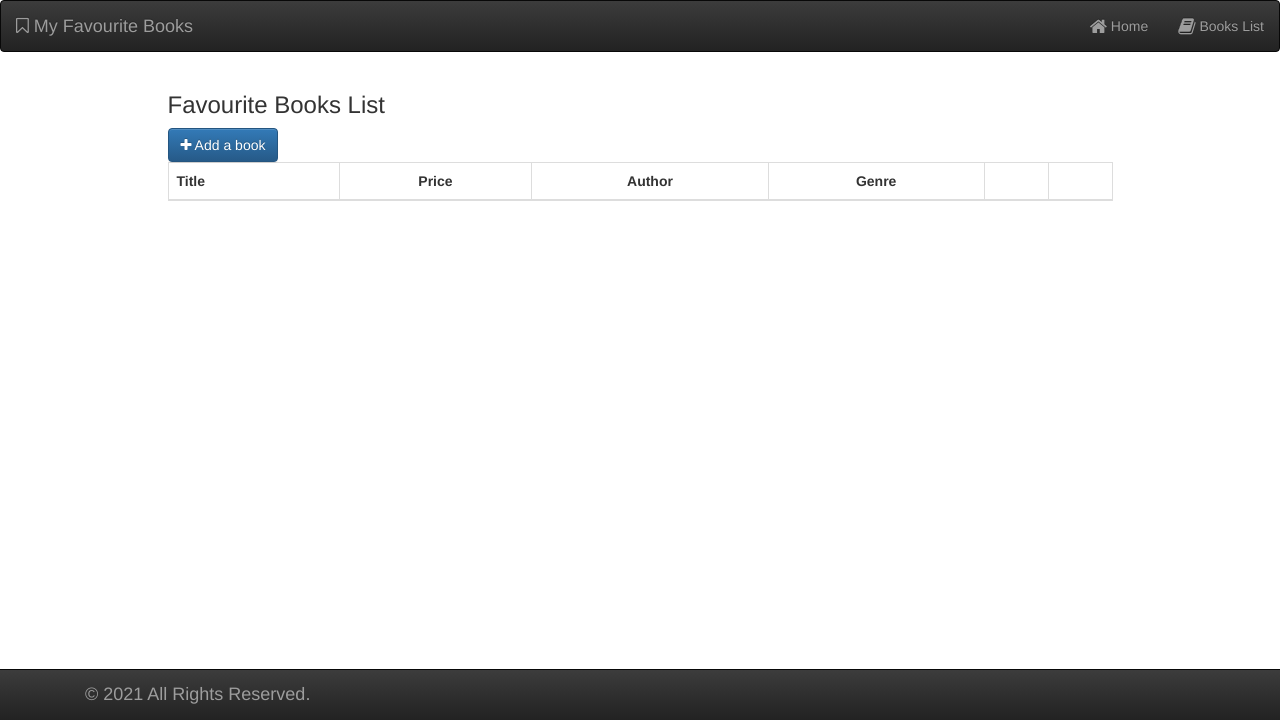
Repository: MateoD-0700/MyFirstRepo
Page: http://localhost/books
The author's editor kept a copy of each file at every save. The page is drawn from the files as they stood at one save, then again after the next save.
The browser window is 1280 px wide. The pictures show the whole page.
The page is served by the project's Node server (server.js). Other server files are loaded and not shown. Queries for data that is not in the repository find no rows.

Above is the page before, as saved 2021-06-23 23:58:07.

### Desktop/Semester 3/Web Application Development/COMP229-F2020-Midterm--301156025--main/server/views/books/index.ejs
<%- include('../partials/header.ejs'); %>

    <!-- MAIN CONTENT -->
    <div class="container">
      <div class="row">
        <div class="col-md-offset-1 col-md-10">
          <h3>Favourite Books List </h3>
          <!-- ------------------------ -->
          <!-- FIX THE ADD BUTTON BELOW -->
          <!-- ------------------------ -->
          <a href="books/add" class="btn btn-primary"><i class="fa fa-plus"></i> Add a book</a>

          <br>
          <div class="table-responsive">
            <table class="table table-bordered table-striped table-hover">
              <thead>
                <tr>
                  <th>Title</th>
                  <th class="text-center">Price</th>
                  <th class="text-center">Author</th>
                  <th class="text-center">Genre</th>
                  <th class="text-center"></th>
                  <th class="text-center"></th>
                </tr>
                </thead>
                <tbody>
                <!-- Template Row -->
                <% for (let count = 0; count < books.length; count++) { %>
                <tr>
                  <td><%= books[count].Title %></td>
                  <td class="text-center"><%= books[count].Description %></td>
                  <td class="text-center">$<%= books[count].Price %></td>
                  <td class="text-center"><%= books[count].Author %></td>
                  <td class="text-center"><%= books[count].Genre %></td>

                  <td class="text-center">


                    <!-- ------------------------ -->
                    <a href="books/<%= books[count]._id %>" class="btn btn-primary btn-sm">
                          <i class="fas fa-edit"></i> Edit</a>
                    <!-- ------------------------ -->


                  </td>

                  <td class="text-center">
                    <!-- ------------------------ -->
                    <a href="books/delete/<%= books[count]._id %>" class="btn btn-danger btn-sm delete">
                          <i class="fas fa-edit"></i> Delete</a>
                    <!-- ------------------------ -->
                  </td>

                </tr>
                <% } %>
              </tbody>
            </table>
          </div>
           <div class="col-md-offset-1 col-md-10 text-center">
            <ul class="pagination pagination-lg pager" id="myPager"></ul>
          </div>
        </div>
      </div>
    </div>

<%- include('../partials/footer.ejs'); %>

### Desktop/Semester 3/Web Application Development/COMP229-F2020-Midterm--301156025--main/server/views/partials/header.ejs
<!DOCTYPE html>
<html lang="en">
  <head>
    <meta charset="utf-8">
    <meta name="viewport" content="width=device-width, initial-scale=1">
    <title><%= title %></title>
    <!-- CSS SECTION -->
    <link rel="stylesheet" href="/Scripts/lib/bootstrap/dist/css/bootstrap.min.css">
    <link rel="stylesheet" href="/Scripts/lib/bootstrap/dist/css/bootstrap-theme.min.css">
    <link rel="stylesheet" href="/Scripts/lib/font-awesome/css/font-awesome.min.css">
    <link rel='stylesheet' href='/Content/app.css' />
  </head>
  <body>

  <nav class="navbar navbar-inverse" role="navigation">
    <!-- Brand and toggle get grouped for better mobile display -->
    <div class="navbar-header">
      <button type="button" class="navbar-toggle" data-toggle="collapse" data-target=".navbar-ex1-collapse">
        <span class="sr-only">Toggle navigation</span>
        <span class="icon-bar"></span>
        <span class="icon-bar"></span>
        <span class="icon-bar"></span>
      </button>
      <a class="navbar-brand" href="/"><i class="fa fa-bookmark-o"></i> My Favourite Books</a>
    </div>

    <!-- Collect the nav links, forms, and other content for toggling -->
    <div class="collapse navbar-collapse navbar-ex1-collapse">
      <ul class="nav navbar-nav navbar-right">
        <% if(title == "Home") { %>
          <li class="active"><a href="/"><i class="fa fa-home fa-lg"></i> Home</a></li>
        <% } else { %>
          <li><a href="/"><i class="fa fa-home fa-lg"></i> Home</a></li>
        <% } %>

          <% if(title == "books") { %>
          <li class="active"><a href="/books"><i class="fa fa-book fa-lg">
          </i> Books List</a></li>
          <% } else { %>
            <li><a href="/books"><i class="fa fa-book fa-lg">
            </i> Books List</a></li>
          <% } %>

      </ul>
    </div><!-- /.navbar-collapse -->
  </nav>

### Desktop/Semester 3/Web Application Development/COMP229-F2020-Midterm--301156025--main/server/views/partials/footer.ejs

<nav class="navbar navbar-inverse navbar-fixed-bottom">
  <div class="container">
    <h4  class="navbar-text">&copy; 2021 All Rights Reserved.</h4>
  </div>
</nav>



<!-- JAVASCRIPT SECTION -->
    <script src="/Scripts/lib/jquery/dist/jquery.min.js"></script>
    <script src="/Scripts/lib/bootstrap/dist/js/bootstrap.min.js"></script>
    <script src="/Scripts/app.js"></script>
  </body>
</html>

### Desktop/Semester 3/Web Application Development/COMP229-F2020-Midterm--301156025--main/server.js
let app = require('./server/config/app');
let debug = require('debug')('comp308-w2019-midterm:server');
let http = require('http');

/**
 * Get port from environment and store in Express.
 */

let port = normalizePort(process.env.PORT || '3000');
app.set('port', port);

/**
 * Create HTTP server.
 */

let server = http.createServer(app);

/**
 * Listen on provided port, on all network interfaces.
 */

server.listen(port);
server.on('error', onError);
server.on('listening', onListening);

/**
 * Normalize a port into a number, string, or false.
 */

function normalizePort(val) {
  let port = parseInt(val, 10);

  if (isNaN(port)) {
    // named pipe
    return val;
  }

  if (port >= 0) {
    // port number
    return port;
  }

  return false;
}

/**
 * Event listener for HTTP server "error" event.
 */

function onError(error) {
  if (error.syscall !== 'listen') {
    throw error;
  }

  let bind = typeof port === 'string'
    ? 'Pipe ' + port
    : 'Port ' + port;

  // handle specific listen errors with friendly messages
  switch (error.code) {
    case 'EACCES':
      console.error(bind + ' requires elevated privileges');
      process.exit(1);
      break;
    case 'EADDRINUSE':
      console.error(bind + ' is already in use');
      process.exit(1);
      break;
    default:
      throw error;
  }
}

/**
 * Event listener for HTTP server "listening" event.
 */

function onListening() {
  let addr = server.address();
  let bind = typeof addr === 'string'
    ? 'pipe ' + addr
    : 'port ' + addr.port;
  debug('Listening on ' + bind);
}

### Desktop/Semester 3/Web Application Development/COMP229-F2020-Midterm--301156025--main/server/routes/books.js
// modules required for routing
let express = require('express');
let router = express.Router();
let mongoose = require('mongoose');

// define the book model
let book = require('../models/books');

/* GET books List page. READ */
router.get('/', (req, res, next) => {
  // find all books in the books collection
  book.find( (err, books) => {
    if (err) {
      return console.error(err);
    }
    else {
      res.render('books/index', {
        title: 'Books',
        books: books
      });
    }
  });

});

//  GET the Book Details page in order to add a new Book
router.get('/add', (req, res, next) => {

    /*****************
     * ADD CODE HERE *
     *****************/

     res.render('books/details', {title: "Add" , books: book });

});

// POST process the Book Details page and create a new Book - CREATE
router.post('/add', (req, res, next) => {

    /*****************
     * ADD CODE HERE *
     *****************/
   let books = book({
     "Title":req.body.title,
     "Description":"",
     "Price": req.body.price,
     "Author":req.body.author,
     "Genre":req.body.genre
   });

   book.create(books,(err,book) => {
     if(err){
       console.log(err);
       res.end(err);
     }
     res.redirect('/books')
   });

});

// GET the Book Details page in order to edit an existing Book
router.get('/:id', (req, res, next) => {

    /*****************
     * ADD CODE HERE *
     *****************/
    book.findById(req.params.id,(err,book) => {
      if (err){
        return console.error(err);
      } else{
        res.render('books/details',{ title:'Edit', books: book});
      }
    });


});

// POST - process the information passed from the details form and update the document
router.post('/:id', (req, res, next) => {

    /*****************
     * ADD CODE HERE *
     *****************/

    let id = req.params.id;

    let updatedBook = {
      "Title": req.body.title,
      "Description": req.body.description,
      "Price": req.body.price,
      "Author": req.body.author,
      "Genre": req.body.genre
    }

    book.updateOne({_id:id},updatedBook,(err) =>{
      if(err){
        console.log(err);
        res.end(err);
      } else{
        res.redirect('/books');
      }
    });


});

// GET - process the delete by user id
router.get('/delete/:id', (req, res, next) => {

    /*****************
     * ADD CODE HERE *
     *****************/
     let id = req.params.id;
     book.remove({_id:id} ,(err) =>{
       if(err){
         console.log(err);
         res.end(err);
       } else{
         res.redirect('/books');
       }
     });

});


module.exports = router;

### Desktop/Semester 3/Web Application Development/COMP229-F2020-Midterm--301156025--main/client/Scripts/app.js
/* custom JS goes here */

/* pagination code from http://www.bootply.com/lxa0FF9yhw */
$.fn.pageMe = function(opts){
    var $this = this,
        defaults = {
            perPage: 7,
            showPrevNext: false,
            hidePageNumbers: false
        },
        settings = $.extend(defaults, opts);

    var listElement = $this;
    var perPage = settings.perPage;
    var children = listElement.children();
    var pager = $('.pager');

    if (typeof settings.childSelector!="undefined") {
        children = listElement.find(settings.childSelector);
    }

    if (typeof settings.pagerSelector!="undefined") {
        pager = $(settings.pagerSelector);
    }

    var numItems = children.size();
    var numPages = Math.ceil(numItems/perPage);

    pager.data("curr",0);

    if (settings.showPrevNext){
        $('<li><a href="#" class="prev_link">«</a></li>').appendTo(pager);
    }

    var curr = 0;
    while(numPages > curr && (settings.hidePageNumbers==false)){
        $('<li><a href="#" class="page_link">'+(curr+1)+'</a></li>').appendTo(pager);
        curr++;
    }

    if (settings.showPrevNext){
        $('<li><a href="#" class="next_link">»</a></li>').appendTo(pager);
    }

    pager.find('.page_link:first').addClass('active');
    pager.find('.prev_link').hide();
    if (numPages<=1) {
        pager.find('.next_link').hide();
    }
  	pager.children().eq(1).addClass("active");

    children.hide();
    children.slice(0, perPage).show();

    pager.find('li .page_link').click(function(){
        var clickedPage = $(this).html().valueOf()-1;
        goTo(clickedPage,perPage);
        return false;
    });
    pager.find('li .prev_link').click(function(){
        previous();
        return false;
    });
    pager.find('li .next_link').click(function(){
        next();
        return false;
    });

    function previous(){
        var goToPage = parseInt(pager.data("curr")) - 1;
        goTo(goToPage);
    }

    function next(){
        goToPage = parseInt(pager.data("curr")) + 1;
        goTo(goToPage);
    }

    function goTo(page){
        var startAt = page * perPage,
            endOn = startAt + perPage;

        children.css('display','none').slice(startAt, endOn).show();

        if (page>=1) {
            pager.find('.prev_link').show();
        }
        else {
            pager.find('.prev_link').hide();
        }

        if (page<(numPages-1)) {
            pager.find('.next_link').show();
        }
        else {
            pager.find('.next_link').hide();
        }

        pager.data("curr",page);
      	pager.children().removeClass("active");
        pager.children().eq(page+1).addClass("active");

    }
};

// IIFE
(function(){
  $(".btn-danger").click(function(event){
    if(!confirm("Are you sure?")) {
      event.preventDefault();
      window.location.assign("/games");
    }
  });

 /* pagination code */
  $('#myTable').pageMe(
    {pagerSelector:'#myPager',showPrevNext:true,hidePageNumbers:false,perPage:6}
    );
})();

Loaded but not shown: Desktop/Semester 3/Web Application Development/COMP229-F2020-Midterm--301156025--main/client/Scripts/lib/bootstrap/dist/css/bootstrap.min.css (library); Desktop/Semester 3/Web Application Development/COMP229-F2020-Midterm--301156025--main/client/Scripts/lib/bootstrap/dist/css/bootstrap-theme.min.css (library); Desktop/Semester 3/Web Application Development/COMP229-F2020-Midterm--301156025--main/client/Scripts/lib/font-awesome/css/font-awesome.min.css (library); Desktop/Semester 3/Web Application Development/COMP229-F2020-Midterm--301156025--main/client/Content/app.css (common file); Desktop/Semester 3/Web Application Development/COMP229-F2020-Midterm--301156025--main/client/Scripts/lib/jquery/dist/jquery.min.js (library); Desktop/Semester 3/Web Application Development/COMP229-F2020-Midterm--301156025--main/client/Scripts/lib/bootstrap/dist/js/bootstrap.min.js (library)

After the next save:
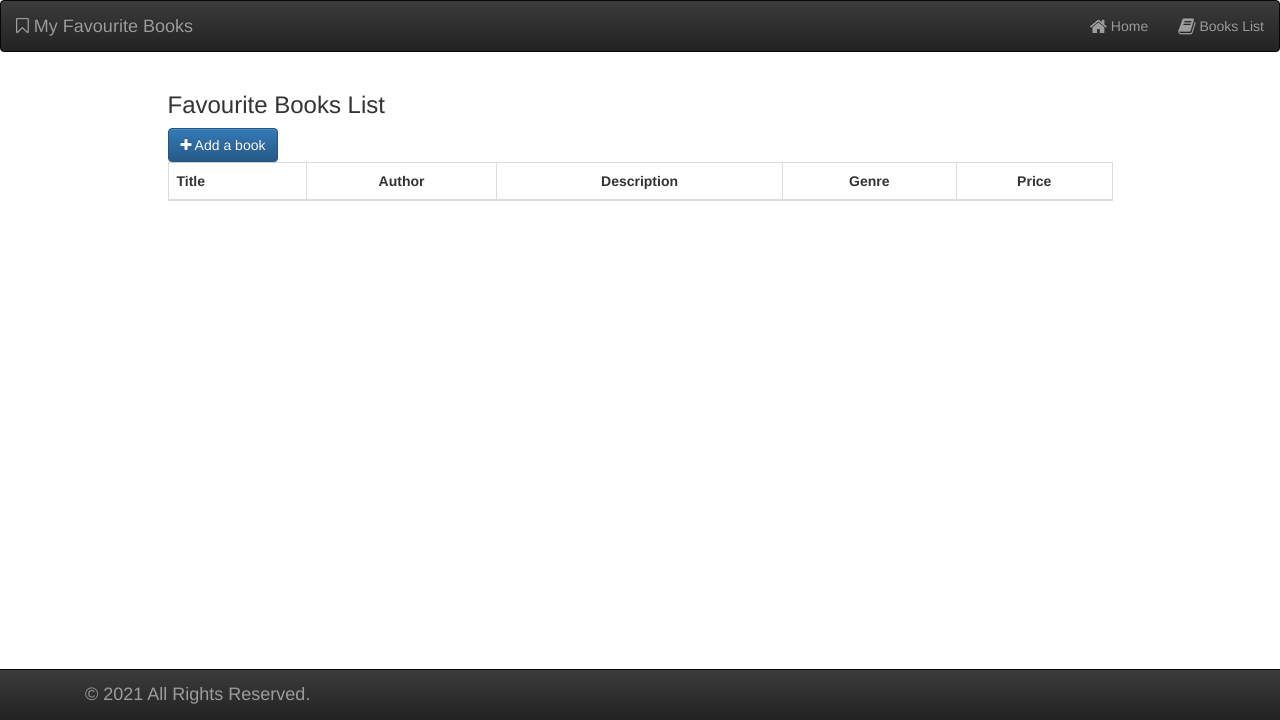
Saved 105 s later.
--- a/Desktop/Semester 3/Web Application Development/COMP229-F2020-Midterm--301156025--main/server/views/books/index.ejs
+++ b/Desktop/Semester 3/Web Application Development/COMP229-F2020-Midterm--301156025--main/server/views/books/index.ejs
@@ -16,11 +16,10 @@
               <thead>
                 <tr>
                   <th>Title</th>
+                  <th class="text-center">Author</th>
+                  <th class="text-center">Description</th>
+                   <th class="text-center">Genre</th>
                   <th class="text-center">Price</th>
-                  <th class="text-center">Author</th>
-                  <th class="text-center">Genre</th>
-                  <th class="text-center"></th>
-                  <th class="text-center"></th>
                 </tr>
                 </thead>
                 <tbody>
